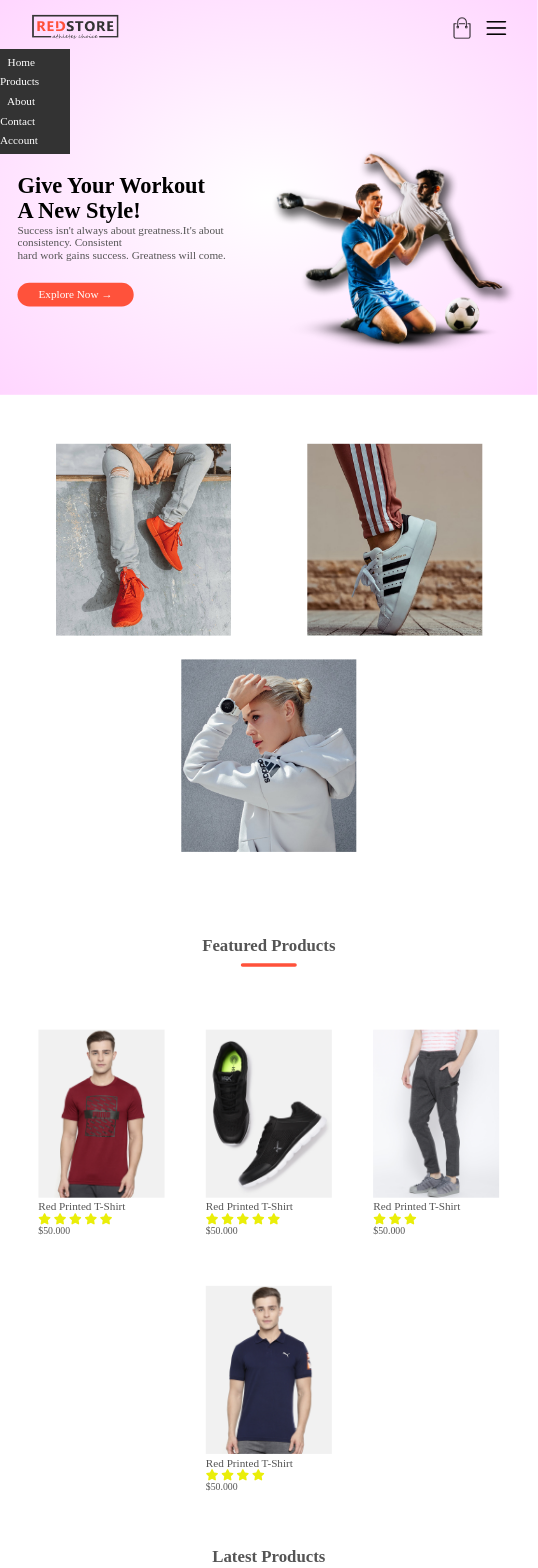
Repository: tuan21052000/Frontend
Page: index.html
The author's editor kept a copy of each file at every save. The page is drawn from the files as they stood at one save, then again after the next save.
The browser window is 768 px wide. The pictures show the part of the page from y = 0 to 2240 px (the page is 5936 px tall), at 70% of full size.

Above is the page before, as saved 2022-05-10 20:18:19.

### index.html
<!DOCTYPE html>
<html lang="en">
<head>
    <meta charset="UTF-8">
    <meta http-equiv="X-UA-Compatible" content="IE=edge">
    <meta name="viewport" content="width=device-width, initial-scale=1.0">
    <title>RedStore | Ecommerce Website Design</title>
    <link rel="stylesheet" href="style.css">
    <link href="https://fonts.googleapis.com/css2?family=Poppins:wght@300;400;500;600;700&display=swap" rel="stylesheet">
    <link rel="stylesheet" href="https://use.fontawesome.com/releases/v5.15.4/css/all.css" />
</head>
<body>
    <div class="header">


    <div class="container">
        <div class="navbar">
            <div class="logo">
                <img src="images/logo.png" width="125px">
            </div>
            <nav>
                <ul id="MenuItems">
                    <li><a href="">Home</a></li>
                    <li><a href="">Products</a></li>
                    <li><a href="">About</a></li>
                    <li><a href="">Contact</a></li>
                    <li><a href="">Account</a></li>
                </ul>
            </nav>
            <img src="images/cart.png" width="30px" height="30px">
            <img src="images/menu.png" class="menu-icon" onclick="menutoggle()">
        </div>
        <div class="row">
            <div class="col-2">
                <h1>Give Your Workout <br>A New Style!</h1>
                <p>Success isn't always about greatness.It's about
                consistency. Consistent<br> hard work gains success. Greatness
                will come.
                </p>
                <a href="" class="btn">Explore Now &#8594;</a>
            </div>
            <div class="col-2">
              <img src="images/image1.png">
            </div>
        </div>
    </div>
</div>
<!-- -----Loại sản phẩm------- -->
   <div class="categories">
       <div class="small-container">
        <div class="row">
            <div class="col-3">
                <img src="images/category-1.jpg">
            </div>
            <div class="col-3">
             <img src="images/category-2.jpg">
         </div>
         <div class="col-3">
             <img src="images/category-3.jpg">
         </div>
        </div>
       </div>
   </div>
<!--    -------aaaa------------ -->
<div class="small-container">
    <h2 class="title">Featured Products</h2>
    <div class="row">
    <div class="col-4">
        <img src="images/product-1.jpg">
        <h4>Red Printed T-Shirt</h4>
        <div class="rating">
            <i class="fa fa-star"></i>
            <i class="fa fa-star"></i>
            <i class="fa fa-star"></i>
            <i class="fa fa-star"></i>
            <i class="fa fa-star"></i>
        </div>
        <p>$50.000</p>
    </div>
    <div class="col-4">
        <img src="images/product-2.jpg">
        <h4>Red Printed T-Shirt</h4>
        <div class="rating">
            <i class="fa fa-star"></i>
            <i class="fa fa-star"></i>
            <i class="fa fa-star"></i>
            <i class="fa fa-star"></i>
            <i class="fa fa-star"></i>
        </div>
        <p>$50.000</p>
    </div>
    <div class="col-4">
        <img src="images/product-3.jpg">
        <h4>Red Printed T-Shirt</h4>
        <div class="rating">
            <i class="fa fa-star"></i>
            <i class="fa fa-star"></i>
            <i class="fa fa-star"></i>
            <i class="fa fa-star-half-o"></i>
            <i class="fa fa-star-o"></i>
        </div>
        <p>$50.000</p>
    </div>
    <div class="col-4">
        <img src="images/product-4.jpg">
        <h4>Red Printed T-Shirt</h4>
        <div class="rating">
            <i class="fa fa-star"></i>
            <i class="fa fa-star"></i>
            <i class="fa fa-star"></i>
            <i class="fa fa-star"></i>
            <i class="fa fa-star-o"></i>
        </div>
        <p>$50.000</p>
    </div>
    </div>
    <h2 class="title">Latest Products</h2>
    <div class="row">
        <div class="col-4">
            <img src="images/product-5.jpg">
            <h4>Red Printed T-Shirt</h4>
            <div class="rating">
                <i class="fa fa-star"></i>
                <i class="fa fa-star"></i>
                <i class="fa fa-star"></i>
                <i class="fa fa-star"></i>
                <i class="fa fa-star"></i>
            </div>
            <p>$50.000</p>
        </div>
        <div class="col-4">
            <img src="images/product-6.jpg">
            <h4>Red Printed T-Shirt</h4>
            <div class="rating">
                <i class="fa fa-star"></i>
                <i class="fa fa-star"></i>
                <i class="fa fa-star"></i>
                <i class="fa fa-star"></i>
                <i class="fa fa-star"></i>
            </div>
            <p>$50.000</p>
        </div>
        <div class="col-4">
            <img src="images/product-7.jpg">
            <h4>Red Printed T-Shirt</h4>
            <div class="rating">
                <i class="fa fa-star"></i>
                <i class="fa fa-star"></i>
                <i class="fa fa-star"></i>
                <i class="fa fa-star-half-o"></i>
                <i class="fa fa-star-o"></i>
            </div>
            <p>$50.000</p>
        </div>
        <div class="col-4">
            <img src="images/product-8.jpg">
            <h4>Red Printed T-Shirt</h4>
            <div class="rating">
                <i class="fa fa-star"></i>
                <i class="fa fa-star"></i>
                <i class="fa fa-star"></i>
                <i class="fa fa-star"></i>
                <i class="fa fa-star-o"></i>
            </div>
            <p>$50.000</p>
        </div>
        </div>
        <div class="row">
            <div class="col-4">
                <img src="images/product-9.jpg">
                <h4>Red Printed T-Shirt</h4>
                <div class="rating">
                    <i class="fa fa-star"></i>
                    <i class="fa fa-star"></i>
                    <i class="fa fa-star"></i>
                    <i class="fa fa-star"></i>
                    <i class="fa fa-star"></i>
                </div>
                <p>$50.000</p>
            </div>
            <div class="col-4">
                <img src="images/product-10.jpg">
                <h4>Red Printed T-Shirt</h4>
                <div class="rating">
                    <i class="fa fa-star"></i>
                    <i class="fa fa-star"></i>
                    <i class="fa fa-star"></i>
                    <i class="fa fa-star"></i>
                    <i class="fa fa-star"></i>
                </div>
                <p>$50.000</p>
            </div>
            <div class="col-4">
                <img src="images/product-11.jpg">
                <h4>Red Printed T-Shirt</h4>
                <div class="rating">
                    <i class="fa fa-star"></i>
                    <i class="fa fa-star"></i>
                    <i class="fa fa-star"></i>
                    <i class="fa fa-star-half-o"></i>
                    <i class="fa fa-star-o"></i>
                </div>
                <p>$50.000</p>
            </div>
            <div class="col-4">
                <img src="images/product-12.jpg">
                <h4>Red Printed T-Shirt</h4>
                <div class="rating">
                    <i class="fa fa-star"></i>
                    <i class="fa fa-star"></i>
                    <i class="fa fa-star"></i>
                    <i class="fa fa-star"></i>
                    <i class="fa fa-star-o"></i>
                </div>
                <p>$50.000</p>
            </div>
        </div>
</div>
<!-- ----------offer------------- -->
<div class="offer">
    <div class="small-container">
        <div class="row">
            <div class="col-2">
                <img src="images/exclusive.png" class="offer-img">
            </div>
            <div class="col-2">
               <p>Exclusively Available on RedStore</p>
               <h1>Smart Band 4</h1>
               <small>The Mi Smart Band 4 features a 39.9% large
                   (than Mi Band 3) AMOLED color full-touch display with
                   adjustable brightness, so everything is clear as can
                   be.</small>
               <a href="" class="btn">Buy Now &#8594;</a>
            </div>
        </div>
    </div>
</div>
<!-- -----testi---- -->
       <div class="testimonial">
           <div class="small-container">
               <div class="row">
                   <div class="col-3">
                       <i class="fa fa-quote-left"></i>
                       <p>Lorem ipsum dolor sit, amet consectetur adipisicing elit.
                            Tenetur quod unde ullam, et dicta deserunt exercitationem
                            excepturi quis quo mollitia quibusdam quam consectetur? Facere aut numquam inventore, veniam pariatur quod.</p>
                            <div class="rating">
                                <i class="fa fa-star"></i>
                                <i class="fa fa-star"></i>
                                <i class="fa fa-star"></i>
                                <i class="fa fa-star"></i>
                                <i class="fa fa-star"></i>
                            </div>
                            <img src="images/user-1.png">
                            <h3>Sean Parker</h3>
                   </div>
                   <div class="col-3">
                    <i class="fa fa-quote-left"></i>
                    <p>Lorem ipsum dolor sit, amet consectetur adipisicing elit.
                         Tenetur quod unde ullam, et dicta deserunt exercitationem
                         excepturi quis quo mollitia quibusdam quam consectetur? Facere aut numquam inventore, veniam pariatur quod.</p>
                         <div class="rating">
                             <i class="fa fa-star"></i>
                             <i class="fa fa-star"></i>
                             <i class="fa fa-star"></i>
                             <i class="fa fa-star"></i>
                             <i class="fa fa-star"></i>
                         </div>
                         <img src="images/user-2.png">
                         <h3>Mike Smith</h3>
                </div>
                <div class="col-3">
                    <i class="fa fa-quote-left"></i>
                    <p>Lorem ipsum dolor sit, amet consectetur adipisicing elit.
                         Tenetur quod unde ullam, et dicta deserunt exercitationem
                         excepturi quis quo mollitia quibusdam quam consectetur? Facere aut numquam inventore, veniam pariatur quod.</p>
                         <div class="rating">
                             <i class="fa fa-star"></i>
                             <i class="fa fa-star"></i>
                             <i class="fa fa-star"></i>
                             <i class="fa fa-star"></i>
                             <i class="fa fa-star"></i>
                         </div>
                         <img src="images/user-3.png">
                         <h3>Mabel Joe</h3>
                </div>
               </div>
           </div>
       </div>
<!-- ---------------brands-------------- -->
    <div class="brands">
        <div class="small-container">
            <div class="row">
                <div class="col-5">
                    <img src="images/logo-godrej.png">
                </div>
                <div class="col-5">
                    <img src="images/logo-oppo.png">
                </div>
                <div class="col-5">
                    <img src="images/logo-coca-cola.png">
                </div>
                <div class="col-5">
                    <img src="images/logo-paypal.png">
                </div>
                <div class="col-5">
                    <img src="images/logo-philips.png">
                </div>
            </div>
        </div>
    </div>
<!--------------footer------------------ -->
<div class="footer">
    <div class="container">
        <div class="row">
            <div class="footer-col-1">
                <h3>Download Our App</h3>
                <p>Download App for Android and ios mobile phone.</p>
                 <div class="app-logo">
                     <img src="images/play-store.png">
                     <img src="images/app-store.png">
                 </div>
            </div>
            <div class="footer-col-2">
               <img src="images/logo-white.png">
                <p>Download App for Android and ios mobile phone.</p>
            </div>
            <div class="footer-col-3">
                <h3>Useful Links</h3>
                <ul>
                    <li>Coupons</li>
                    <li>Blog Post</li>
                    <li>Return Policy</li>
                    <li>Join Affiliate</li>
                </ul>
            </div>
            <div class="footer-col-4">
                <h3>Follow us</h3>
                <ul>
                    <li>Facebook</li>
                    <li>Twitter</li>
                    <li>Instagram</li>
                    <li>Youtube</li>
                </ul>
            </div>
        </div>
        <hr>
        <p class="copyright">Copyright 2022 - Tuấn đẹp trai</p>
    </div>
   <!--  -----js------- -->
   <script>
       var MenuItems = document.getElementById("MenuItems");

       function menutoggle(){
           if(MenuItems.style.maxHeight == "0px")
           {
               MenuItems.style.maxHeight = "200px";
           }
           else
           {
               MenuItems.style.maxHeight = "0px";
           }
       }
   </script>
</div>
</body>
</html>

### style.css
* {
    margin: 0;
    padding: 0;
    box-sizing: border-box;
}
.navbar{
   display: flex;
   align-items: center;
   padding: 20px;
}
nav {
    flex: 1;
    text-align: right;
}
nav ul {
    display: inline-block;
    list-style-type: none;
}
nav ul li{
    display: inline-block;
    margin-right: 20px;
}
a {
    text-decoration: none;
    color: #555;
}
p {
    color:#555;
}
.container {
    max-width: 1300px;
    margin: auto;
    padding-left: 25px;
    padding-right:25px;
}
.row {
    display: flex;
    align-items: center;
    flex-wrap: wrap;
    justify-content: space-around;
}
.col-2 {
    flex-basis: 50%;
    min-width: 300px;
}
.col-2 img {
    max-width: 100%;
    padding: 50px 0;
}
.btn {
    display: inline-block;
    background: #ff523b;
    color: #fff;
    padding: 8px 30px;
    margin: 30px 0;
    border-radius: 30px;
    transition: background 0.5s;
}
.btn:hover {
    background: #563434;
}
.header {
    background: radial-gradient(#fff,#ffd6ff);
}
.header .row{
   margin-top: 70px;
}
.categories {
    margin: 70px 0;
}
.col-3{
    flex-basis: 30%;
    min-width: 250px;
    margin-bottom: 30px;
}
.col-3 img{
    width: 100%;
}
.small-container{
    max-width: 1080px;
    margin: auto;
    padding-left: 25px;
    padding-right: 25px;

}
.col-4{
    flex-basis: 25%;
    padding: 10px;
    min-width: 200px;
    margin-bottom: 50px;
    transform: transforn 0.5s;
}
.col-4 img{
    width: 100%;
}
.title{
    text-align: center;
    margin: 0 auto 80px;
    position: relative;
    line-height: 60px;
    color:#555;
}
.title::after{
    content: '';
    background: #ff523b;
    width: 80px;
    height: 5px;
    border-radius: 5px;
    position: absolute;
    bottom: 0;
    left: 50%;
    transform: translateX(-50%);
}
h4{
    color:#555;
    font-weight: normal;
}
.col-4 p{
    font-size: 14px;
}
.rating .fa{
    color: #eaee09;
}
.col-4:hover{
    transform: translateY(-5px); /* tạo hiệu ứng */
}
.offer {
    background: radial-gradient(#fff,#ffd6d6);
    margin-top: 80px;
    padding: 30px 0;
}
.col-2 .offer-img{
    padding: 50px;
}
small{
    color:#555;
}
/* -------------testimonial----------- */
.testimonial{
    padding-top: 100px;
}
.testimonial .col-3 {
    text-align: center;
    padding: 40px 20px;
    box-shadow: 0 0 20px 0px rgba(0,0,0,0.1);
    cursor: pointer;
    transition: transform 0.5s;
}
.testimonial .col-3 img{
    width: 50px;
    margin-top: 20px;
    border-radius: 50%;
}
.testimonial .col-3:hover {
    transform: translateY(-10px);

}
.fa.fa-quote-left{
    font-size: 34px;
    color:#ff523b;
}
.col-3 p{
    font-size: 12px;
    margin: 12px 0;
    color:#777;
}
.testimonial .col-3 h3{
   font-weight: 600;
   color: #555;
   font-size: 16px;
}
/* --------------brands---------------- */
.brands{
    margin: 100px auto;
}
.col-5{
    width: 160px;
}
.col-5 img{
    width:100%;
    cursor: pointer;
    filter: grayscale(100%);
}
.col-5 img:hover{
    filter:grayscale(0);
}
/* ------------footer------------- */
.footer{
    background: #000;
    color: #8a8a8a;
    font-size: 14px;
    padding: 60px 0 20px;
}
.footer p{
  color: #8a8a8a;
}
.footer h3{
    color: #fff;
    margin-bottom: 20px;
}
.footer-col-1, .footer-col-2, .footer-col-3, .footer-col-4{
    min-width: 250px;
    margin-bottom: 20px;
}
.footer-col-1{
    flex-basis: 30%;
}
.footer-col-2{
    flex:1;
    text-align: center;
}
.footer-col-2 img{
   width: 180px;
   margin-bottom: 20px;
}
.footer-col-3, .footer-col-4{
   flex-basis: 12%;
   text-align: center;
}
ul{
    list-style-type: none;
}
.app-logo{
    margin-top: 20px;
}
.app-logo img{
    width:140px;
}
.footer hr{
    border: none;
    background: #b5b5b5;
    height: 1px;
    margin: 20px 0;
}
.copyright{
    text-align: center;
}
.menu-icon{
    width: 28px;
    margin-left: 20px;
    display: none;
}
/* ----------reponsible---------- */
@media only screen and (max-width: 800px){

    nav ul{
        position: absolute;
        top: 70px;
        left: 0;
        background: #333;
        width: 100px;
        overflow: hidden;
        transition: max-height 0.5;
    }
    nav ul li{
        display: block;
        margin-right: 50px;
        margin-top: 10px;
        margin-bottom: 10px;
    }
    nav ul li a{
        color: #fff;
    }
    .menu-icon{
        display: block;
        cursor: pointer;
    }
}

/* media query for less than 600 screen size */
@media only screen and (max-width: 800px)

After the next save:
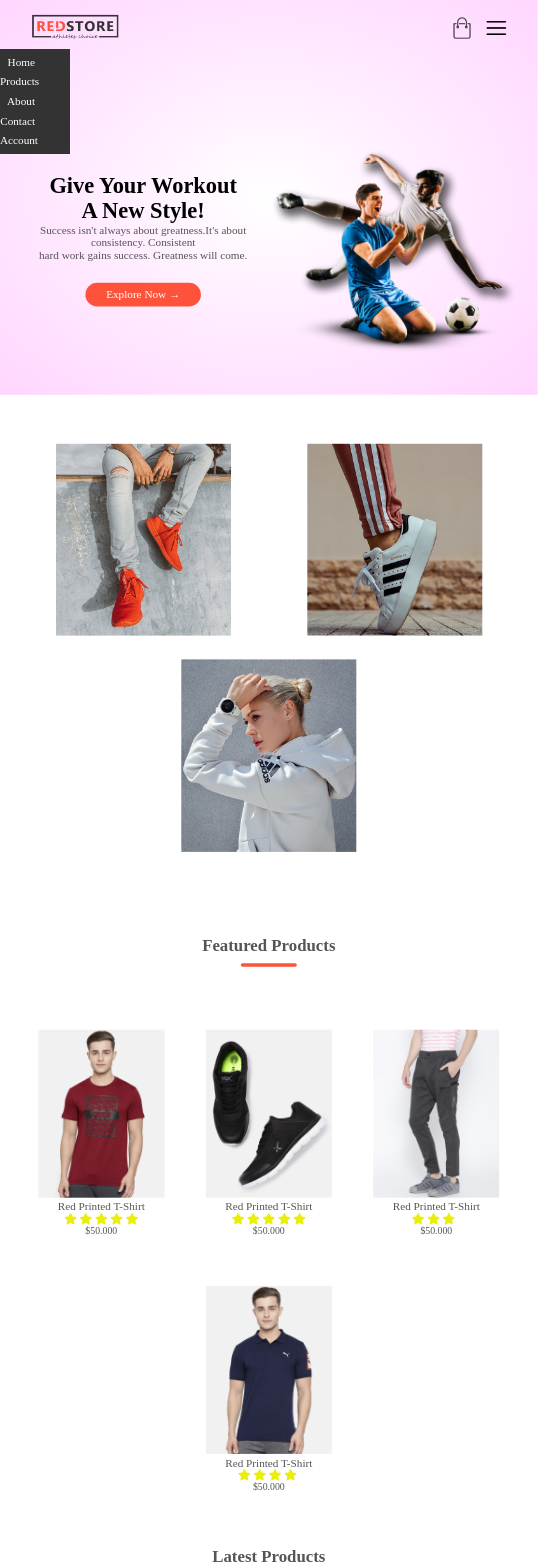
Saved 45 s later.
--- a/style.css
+++ b/style.css
@@ -268,4 +268,8 @@
 }
 
 /* media query for less than 600 screen size */
-@media only screen and (max-width: 800px)
+@media only screen and (max-width: 800px) {
+    .row{
+        text-align: center;
+    }
+}
